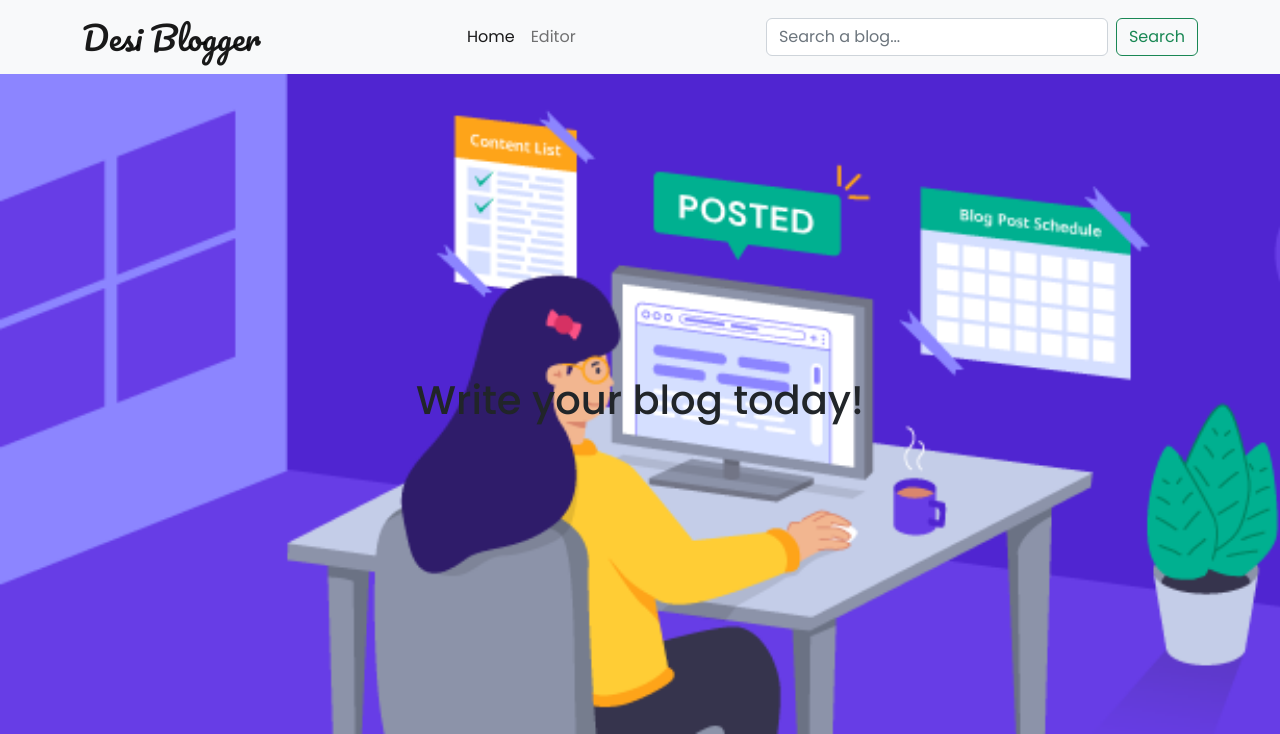
Repository: badhon252/Desi_Blogger
Page: public/home.html
An editor plug-in stored every save of this project. The page is shown before and after the next save, followed by the edit.
The browser window is 1280 px wide. The pictures show the whole page.

Above is the page before, as saved 2022-11-15 19:38:23.

After the next save:
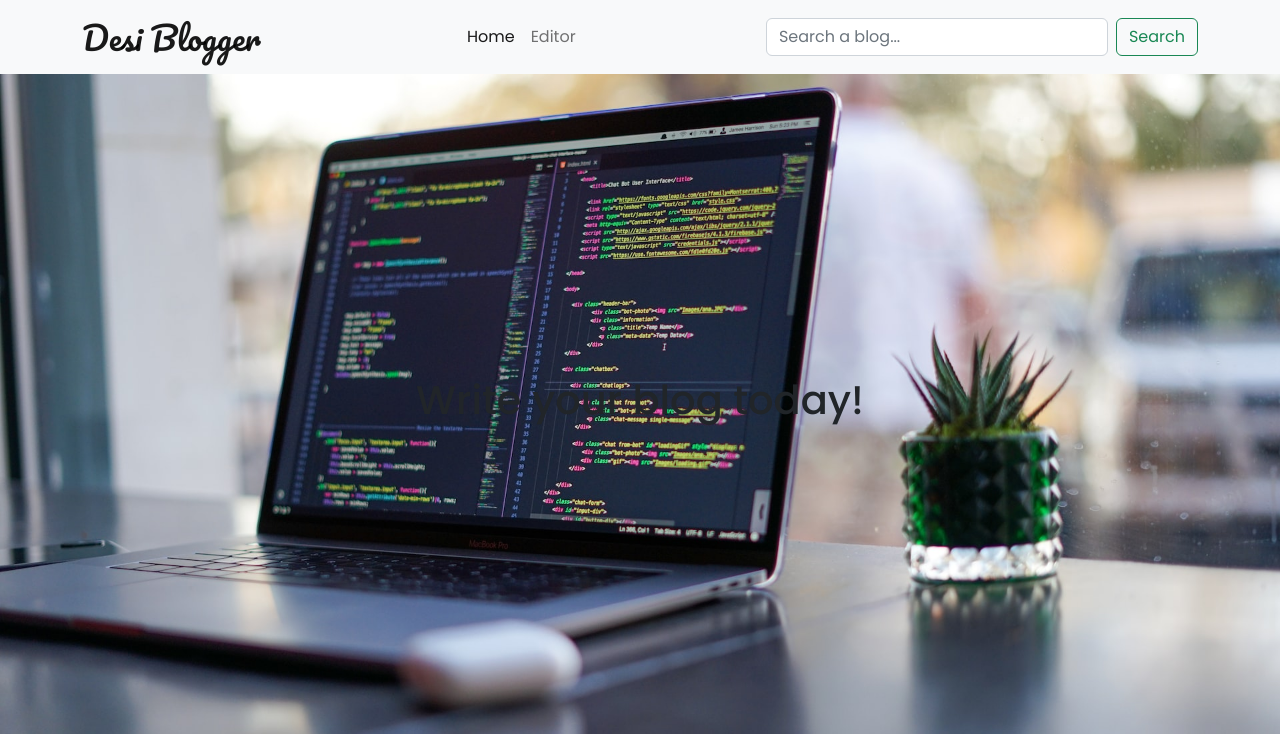
Saved 95 s later.
--- a/public/css/home.css
+++ b/public/css/home.css
@@ -37,7 +37,7 @@ body {
 .header-content {
   width: 100%;
   height: calc(100vh - 60px);
-  background-image: url(../img/how-to-start-a-blog.png);
+  background-image: url(../img/header-img.jpg);
   background-size: cover;
   display: flex;
   justify-content: center;
